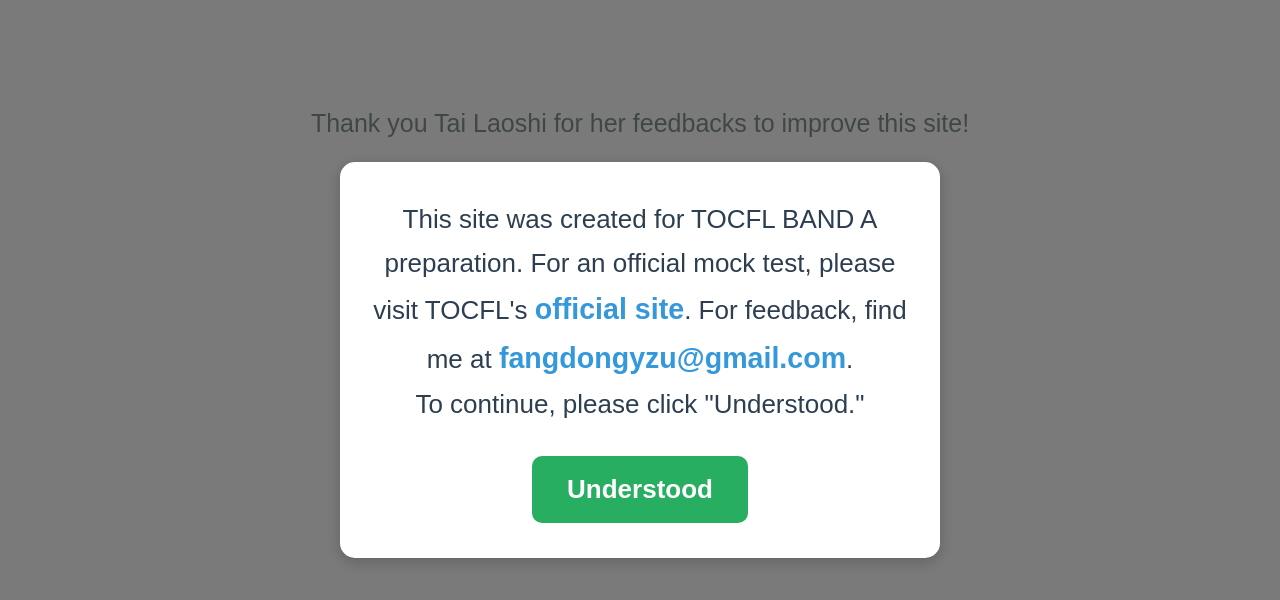
Repository: fangdongyzu/tocflmock
Page: index.html
The author's editor kept a copy of each file at every save. The page is drawn from the files as they stood at one save, then again after the next save.
The browser window is 1280 px wide. The pictures show the whole page.

Above is the page before, as saved 2025-12-23 16:57:23.

### index.html
<!DOCTYPE html>
<html lang="en">
<head>
<meta charset="UTF-8">
<meta name="viewport" content="width=device-width, initial-scale=1.0">
<title>TOCFL MOCK BAND A PRACTICE</title>
<link rel="stylesheet" href="styles.css">
</head>
<body>

<div class="container">
    <!-- Modal -->
    <div id="modal">
        <div id="modalContent">
            <p>
                This site was created for TOCFL BAND A preparation. For an official mock test, please visit TOCFL's
                <a href="https://cbt.sc-top.org.tw/sctopj/" target="_blank">official site</a>. For feedback, find me at <a href="mailto:fangdongyzu@gmail.com">fangdongyzu@gmail.com</a>.<br>To continue, please click "Understood."
            </p>
            <button id="understoodBtn">Understood</button>
        </div>
    </div>

    <!-- Main Page -->
    <div id="mainPage">
        <header>
            <h1>TOCFL MOCK BAND A PRACTICE</h1>
            <p>Select a mock test to begin your practice</p>
        </header>

        <div class="mock-selection">
            <div class="mock" data-mock="5" data-reading="https://fangdongyzu.github.io/tocfl-mock5-reading/" data-listening="https://fangdongyzu.github.io/tocfl-mock5-listening/">
                <strong>MOCK 5</strong>
            </div>

            <div class="mock" data-mock="4" data-reading="https://fangdongyzu.github.io/tocfl-mock4-reading/" data-listening="https://fangdongyzu.github.io/tocfl-mock4-listening/">
                <strong>MOCK 4</strong>
            </div>

            <div class="mock" data-mock="3" data-reading="https://fangdongyzu.github.io/tocfl-mock3-reading/" data-listening="https://fangdongyzu.github.io/tocfl-mock3-listening/">
                <strong>MOCK 3</strong>
            </div>

            <div class="mock" data-mock="2" data-reading="https://fangdongyzu.github.io/tocfl-mock2-reading/" data-listening="https://fangdongyzu.github.io/tocfl-mock2-listening/">
                <strong>MOCK 2</strong>
            </div>

            <div class="mock" data-mock="1" data-reading="https://fangdongyzu.github.io/tocfl-mock1-reading/" data-listening="https://fangdongyzu.github.io/tocfl-mock1-listening/">
                <strong>MOCK 1</strong>
            </div>
        </div>
    </div>

    <!-- Choice Popup -->
    <div id="choicePopup">
        <p id="popupTitle"></p>
        <div class="buttons">
            <a id="readingBtn" target="_self"><button>Reading</button></a>
            <a id="listeningBtn" target="_self"><button>Listening</button></a>
        </div>
        <button id="closePopup">Exit</button>
    </div>
</div>

<script>
document.addEventListener('DOMContentLoaded', () => {
    const modal = document.getElementById('modal');
    const understoodBtn = document.getElementById('understoodBtn');
    const mainPage = document.getElementById('mainPage');
    const choicePopup = document.getElementById('choicePopup');
    const popupTitle = document.getElementById('popupTitle');
    const readingBtn = document.getElementById('readingBtn');
    const listeningBtn = document.getElementById('listeningBtn');
    const closePopup = document.getElementById('closePopup');

    // Show modal only once per session
    if (sessionStorage.getItem('tocflModalShown') === 'true') {
        modal.style.display = 'none';
        mainPage.style.display = 'block';
    } else {
        modal.style.display = 'flex';
        mainPage.style.display = 'none';
    }

    // Modal button
    understoodBtn.addEventListener('click', () => {
        modal.style.display = 'none';
        mainPage.style.display = 'block';
        sessionStorage.setItem('tocflModalShown', 'true');
    });

    // MOCK click to open popup
    document.querySelectorAll('.mock').forEach(mock => {
        mock.addEventListener('click', () => {
            const mockNumber = mock.dataset.mock;
            const readingLink = mock.dataset.reading;
            const listeningLink = mock.dataset.listening;

            popupTitle.textContent = `MOCK ${mockNumber}`;

            if (readingLink) {
                readingBtn.href = readingLink;
                readingBtn.style.display = 'inline-block';
            } else {
                readingBtn.style.display = 'none';
            }

            if (listeningLink) {
                listeningBtn.href = listeningLink;
                listeningBtn.style.display = 'inline-block';
            } else {
                listeningBtn.style.display = 'none';
            }

            choicePopup.style.display = 'flex';
        });
    });

    // Close popup
    closePopup.addEventListener('click', () => {
        choicePopup.style.display = 'none';
    });
});
</script>

</body>
<footer>
    <p>Thank you Tai Laoshi for her feedbacks to improve this site!</p>
</footer>
</html>

### styles.css
* {
    margin: 0;
    padding: 0;
    box-sizing: border-box;
}

body {
    font-family: 'Microsoft JhengHei', '微軟正黑體', Arial, sans-serif;
    line-height: 1.6;
    color: #333;
    background-color: #f5f5f5;
    font-size: 20px; /* Increased base font size */
    min-height: 100vh;
}

.container {
    max-width: 850px;
    margin: 0 auto;
    padding: 20px;
}

/* Modal */
#modal {
    position: fixed;
    top: 0;
    left: 0;
    width: 100%;
    height: 100%;
    background: rgba(0, 0, 0, 0.5);
    display: flex;
    justify-content: center;
    align-items: center;
    z-index: 1000;
    padding: 15px;
}

#modalContent {
    background: white;
    padding: 35px 30px; /* Increased padding */
    border-radius: 15px; /* Larger border radius */
    box-shadow: 0 4px 15px rgba(0,0,0,0.2); /* Enhanced shadow */
    max-width: 600px; /* Slightly wider */
    width: 100%;
    text-align: center;
    line-height: 1.7; /* Improved line height */
}

#modalContent p {
    margin-bottom: 30px;
    color: #2c3e50;
    font-size: 1.3em; /* Larger modal text */
    font-weight: 500; /* Slightly bolder */
}

#modalContent a {
    color: #3498db;
    text-decoration: none;
    font-weight: bold;
    font-size: 1.1em; /* Larger link text */
}

#modalContent a:hover {
    text-decoration: underline;
}

#modalContent button {
    padding: 18px 35px; /* Larger button */
    background: #27ae60;
    color: white;
    border: none;
    border-radius: 10px; /* Larger border radius */
    cursor: pointer;
    font-size: 1.3em; /* Larger button text */
    font-weight: bold;
    transition: background 0.3s;
    min-width: 180px; /* Wider button */
    min-height: 60px; /* Taller button */
}

#modalContent button:hover {
    background: #229954;
    transform: translateY(-2px); /* Added hover effect */
    box-shadow: 0 4px 8px rgba(0,0,0,0.2);
}

/* Main Page */
#mainPage {
    display: none;
    text-align: center;
    padding: 20px;
}

header {
    text-align: center;
    margin-bottom: 35px; /* Increased spacing */
    background: white;
    padding: 30px 25px; /* Increased padding */
    border-radius: 15px; /* Larger border radius */
    box-shadow: 0 4px 15px rgba(0,0,0,0.1); /* Enhanced shadow */
}

header h1 {
    color: #2c3e50;
    margin-bottom: 20px; /* Increased spacing */
    font-size: 2.5em; /* Larger heading */
    font-weight: 700; /* Bolder */
    line-height: 1.3; /* Better line height */
}

header p {
    color: #7f8c8d;
    font-size: 1.4em; /* Larger subtitle */
    font-weight: 500;
}

/* Mock Selection Styling */
.mock-selection {
    background: white;
    padding: 35px 30px; /* Increased padding */
    border-radius: 15px; /* Larger border radius */
    box-shadow: 0 4px 15px rgba(0,0,0,0.1); /* Enhanced shadow */
    margin-bottom: 25px; /* Increased spacing */
}

.mock {
    margin: 25px 0; /* Increased spacing */
    padding: 25px 20px; /* Increased padding */
    background: #f8f9fa;
    border: 3px solid #e9ecef; /* Thicker border */
    border-radius: 12px; /* Larger border radius */
    cursor: pointer;
    transition: all 0.3s;
    font-size: 1.4em; /* Larger text */
    min-height: 85px; /* Taller items */
    display: flex;
    align-items: center;
    justify-content: center;
    text-align: center;
}

.mock:hover {
    background: #e9ecef;
    border-color: #3498db;
    transform: translateY(-3px); /* Enhanced hover effect */
    box-shadow: 0 6px 12px rgba(0,0,0,0.15);
}

.mock strong {
    color: #2c3e50;
    font-size: 1.6em; /* Larger mock text */
    font-weight: 600;
    line-height: 1.4;
}

/* Choice Popup */
#choicePopup {
    position: fixed;
    top: 50%;
    left: 50%;
    transform: translate(-50%, -50%);
    background: white;
    padding: 35px 30px; /* Increased padding */
    border-radius: 15px; /* Larger border radius */
    box-shadow: 0 4px 20px rgba(0,0,0,0.2); /* Enhanced shadow */
    display: none;
    flex-direction: column;
    align-items: center;
    z-index: 2000;
    max-width: 550px; /* Slightly wider */
    width: 95%; /* More responsive width */
}

#popupTitle {
    font-size: 2em; /* Larger title */
    color: #2c3e50;
    margin-bottom: 30px; /* Increased spacing */
    text-align: center;
    font-weight: 700;
    line-height: 1.3;
}

#choicePopup .buttons {
    display: flex;
    gap: 25px; /* Increased gap */
    margin-bottom: 30px; /* Increased spacing */
    width: 100%;
    justify-content: center;
    flex-wrap: wrap; /* Allow wrapping on small screens */
}

#choicePopup .buttons a {
    text-decoration: none;
    flex: 1;
    min-width: 160px; /* Minimum width for buttons */
    max-width: 200px; /* Maximum width */
}

#choicePopup .buttons button {
    width: 100%;
    padding: 20px 25px; /* Larger padding */
    background: #3498db;
    color: white;
    border: none;
    border-radius: 12px; /* Larger border radius */
    cursor: pointer;
    font-size: 1.3em; /* Larger text */
    font-weight: bold;
    transition: all 0.3s;
    min-height: 70px; /* Taller buttons */
    line-height: 1.4;
}

#choicePopup .buttons button:hover {
    background: #2980b9;
    transform: translateY(-2px);
    box-shadow: 0 4px 8px rgba(0,0,0,0.2);
}

#choicePopup #closePopup {
    padding: 18px 30px; /* Larger padding */
    background: #e74c3c;
    color: white;
    border: none;
    border-radius: 12px; /* Larger border radius */
    cursor: pointer;
    font-size: 1.2em; /* Larger text */
    font-weight: bold;
    transition: all 0.3s;
    min-width: 140px; /* Wider button */
    min-height: 60px; /* Taller button */
    margin-top: 10px;
}

#choicePopup #closePopup:hover {
    background: #c0392b;
    transform: translateY(-2px);
    box-shadow: 0 4px 8px rgba(0,0,0,0.2);
}

/* Enhanced Responsive Design for Mobile */
@media (max-width: 768px) {
    body {
        font-size: 18px; /* Larger base font size for tablets */
    }

    .container {
        padding: 15px;
        max-width: 100%;
    }

    #modal {
        padding: 10px;
    }

    #modalContent {
        padding: 30px 25px;
        margin: 10px;
    }

    #modalContent p {
        font-size: 1.2em; /* Adjusted for mobile */
        line-height: 1.6;
    }

    #modalContent button {
        padding: 16px 30px;
        font-size: 1.2em;
        min-width: 160px;
        min-height: 55px;
    }

    header {
        padding: 25px 20px;
        margin-bottom: 25px;
        border-radius: 12px;
    }

    header h1 {
        font-size: 2em; /* Adjusted for mobile */
        margin-bottom: 15px;
        line-height: 1.3;
    }

    header p {
        font-size: 1.2em;
    }

    .mock-selection {
        padding: 25px 20px;
        border-radius: 12px;
    }

    .mock {
        padding: 22px 18px;
        font-size: 1.2em;
        min-height: 75px;
        margin: 20px 0;
        border-radius: 10px;
        border-width: 2px;
    }

    .mock strong {
        font-size: 1.4em;
    }

    #choicePopup {
        padding: 30px 25px;
        border-radius: 12px;
        width: 90%;
    }

    #popupTitle {
        font-size: 1.7em;
        margin-bottom: 25px;
    }

    #choicePopup .buttons {
        flex-direction: column;
        gap: 20px;
        width: 100%;
    }

    #choicePopup .buttons a {
        min-width: 100%;
        max-width: 100%;
    }

    #choicePopup .buttons button {
        min-height: 65px;
        font-size: 1.2em;
        padding: 18px 20px;
    }

    #choicePopup #closePopup {
        min-width: 100%;
        font-size: 1.1em;
        padding: 16px 25px;
        min-height: 55px;
    }
}

@media (max-width: 480px) {
    body {
        font-size: 16px; /* Base size for small mobile */
    }

    .container {
        padding: 10px;
    }

    header {
        padding: 20px 15px;
        border-radius: 10px;
    }

    header h1 {
        font-size: 1.8em; /* Larger for small screens */
        line-height: 1.3;
    }

    header p {
        font-size: 1.1em;
    }

    .mock-selection {
        padding: 20px 15px;
        border-radius: 10px;
    }

    .mock {
        padding: 20px 15px;
        min-height: 70px;
        margin: 18px 0;
        border-radius: 8px;
        font-size: 1.1em;
    }

    .mock strong {
        font-size: 1.3em;
        line-height: 1.4;
    }

    #modalContent {
        padding: 25px 20px;
    }

    #modalContent p {
        font-size: 1.1em;
    }

    #modalContent button {
        padding: 15px 25px;
        font-size: 1.1em;
        min-width: 140px;
        min-height: 50px;
    }

    #choicePopup {
        padding: 25px 20px;
        border-radius: 10px;
    }

    #popupTitle {
        font-size: 1.5em;
        margin-bottom: 20px;
    }

    #choicePopup .buttons button {
        min-height: 60px;
        font-size: 1.1em;
        padding: 16px 18px;
    }

    #choicePopup #closePopup {
        padding: 15px 20px;
        min-height: 50px;
        font-size: 1.1em;
    }
}

/* Extra small devices (phones under 360px) */
@media (max-width: 360px) {
    body {
        font-size: 15px;
    }

    header h1 {
        font-size: 1.6em;
    }

    .mock strong {
        font-size: 1.2em;
    }

    #modalContent p {
        font-size: 1em;
    }

    #popupTitle {
        font-size: 1.3em;
    }
}

/* Accessibility: Ensure good contrast and touch targets */
@media (max-width: 768px) {
    .mock,
    #modalContent button,
    #choicePopup .buttons button,
    #choicePopup #closePopup {
        min-height: 44px; /* Minimum touch target size */
    }

    /* Increase tap targets for mobile */
    .mock {
        padding: 20px 15px;
    }
}

/* Prevent text size adjustment on orientation change */
html {
    -webkit-text-size-adjust: 100%;
    text-size-adjust: 100%;
}

/* Footer Styling */
footer {
    text-align: center;
    margin-top: 40px;      /* Creates space between content and footer */
    margin-bottom: 20px;
    padding: 25px 20px;

}

footer p {
    color: #7f8c8d;        /* Matches your header subtitle color */
    font-size: 1.25em;      /* Slightly smaller than main text for hierarchy */
    font-weight: 500;
    line-height: 1.5;
}

After the next save:
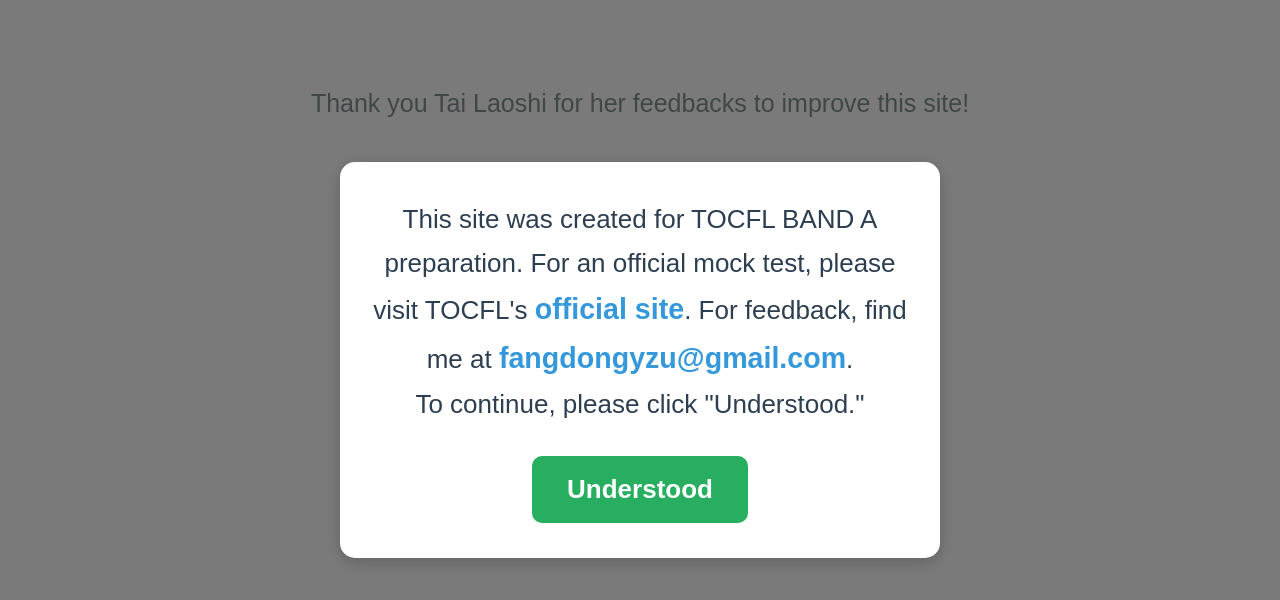
Saved 4 s later.
--- a/styles.css
+++ b/styles.css
@@ -465,7 +465,7 @@
 /* Footer Styling */
 footer {
     text-align: center;
-    margin-top: 40px;      /* Creates space between content and footer */
+    margin-top: 20px;      /* Creates space between content and footer */
     margin-bottom: 20px;
     padding: 25px 20px;
 
